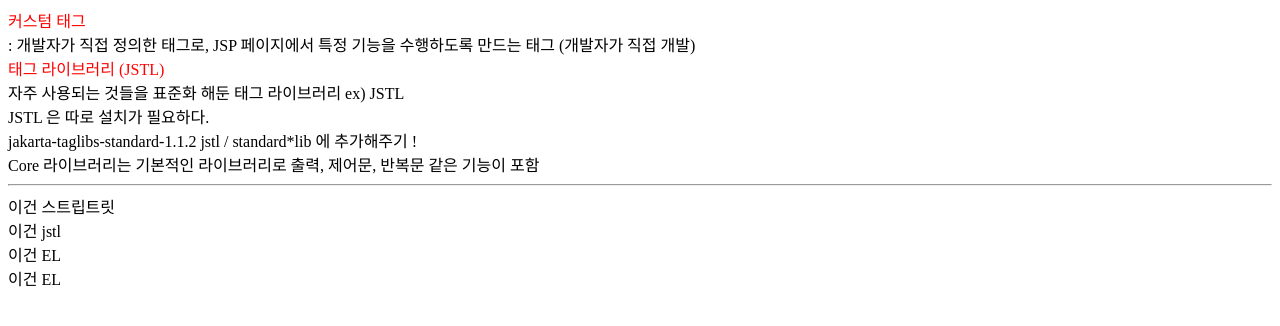
Repository: hyejux/JSP_STUDY
Page: http://localhost/JSPPractice2/JSP_ex6.jsp
The author's editor kept a copy of each file at every save. The page is drawn from the files as they stood at one save, then again after the next save.
The browser window is 1280 px wide. The pictures show the whole page.
The page is served by Tomcat 9. Other server files are loaded and not shown.

Above is the page before, as saved 2025-01-07 17:11:43.

### JSPPractice2/src/main/webapp/JSP_ex6.jsp
<%@ page language="java" contentType="text/html; charset=UTF-8"
    pageEncoding="UTF-8"%>
<%@ page import="javax.servlet.http.HttpServletRequest" %>
<%@ page import="javax.servlet.http.HttpServletResponse" %>
<%@ taglib uri="http://java.sun.com/jsp/jstl/core" prefix="c" %>
<!DOCTYPE html>
<html>
<head>
<meta charset="UTF-8">
<title> 태그라이브러리 JSTL 과 커스텀 태그 </title>
<link rel="stylesheet" type="text/css" href="css/style.css"> </link>
</head>
<body>
	<div class="point"> 커스텀 태그 </div>
	<div> : 개발자가 직접 정의한 태그로, JSP 페이지에서 특정 기능을 수행하도록 만드는 태그 (개발자가 직접 개발)  </div>
	<div class="point"> 태그 라이브러리 (JSTL)</div>
	<div>  자주 사용되는 것들을 표준화 해둔 태그 라이브러리 ex) JSTL </div>
	<div> JSTL 은 따로 설치가 필요하다. </div>
	<div> jakarta-taglibs-standard-1.1.2 jstl / standard*lib 에 추가해주기 !</div>
	 <%-- <%@ taglib uri="http://java.sun.com/jsp/jstl/core" prefix="c" %> --%>
	<div> Core 라이브러리는  기본적인 라이브러리로 출력, 제어문, 반복문 같은 기능이 포함 </div>
	<hr>
		<% out.println("<div> 이건 스트립트릿 </div> "); %>
		<c:out value="이건 jstl"/>
		<%  request.setAttribute("data", "이건 EL"); %>
		 <div> ${data} </div>
		<c:out value="${data}"/>



</body>
</html>

### JSPPractice2/src/main/webapp/css/style.css
.info{
	color : #2196f3;
	font-weight: bold;
}

.btn1 {
	border: 1px solid #ddd;
    color: #ffffff;
    border-radius: 10px;
    padding: 5px 10px;
    background: #03A9F4;
    margin-top: 5px;
}

.point {
	color : red;
}

After the next save:
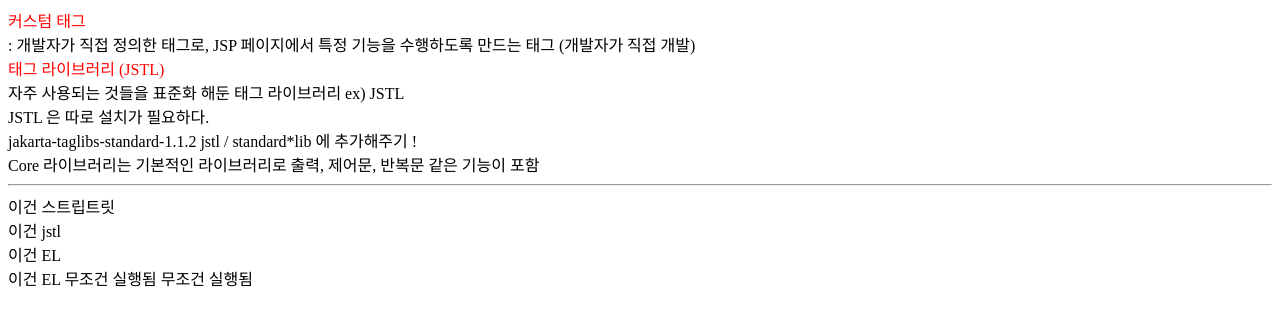
Saved 116 s later.
--- a/JSPPractice2/src/main/webapp/JSP_ex6.jsp
+++ b/JSPPractice2/src/main/webapp/JSP_ex6.jsp
@@ -22,10 +22,15 @@
 	<hr>
 		<% out.println("<div> 이건 스트립트릿 </div> "); %>
 		<c:out value="이건 jstl"/>
-		<%  request.setAttribute("data", "이건 EL"); %>
+		<%
+			request.setAttribute("data", "이건 EL");
+			request.setAttribute("age", 30);
+		%>
 		 <div> ${data} </div>
 		<c:out value="${data}"/>
 
+		<c:if test="true"> 무조건 실행됨 </c:if>
+		<c:if test="${age >= 30}"> 무조건 실행됨 </c:if>
 
 
 </body>
